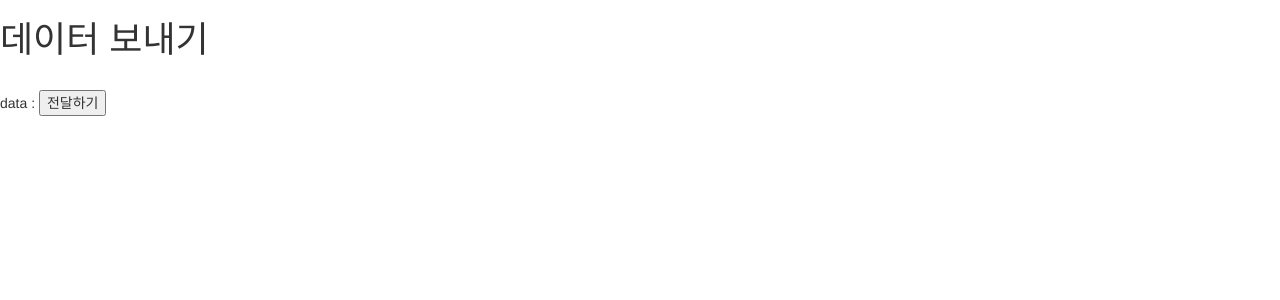
Repository: Hwang-97/HhwDesktop
Page: http://localhost/jspTest/ex03.jsp
These files come from the project's save history. The page is drawn as it stood at one moment and after the next save; the edit follows.
The browser window is 1280 px wide. The pictures show the whole page.
The page is served by Tomcat 9.

Above is the page before, as saved 2022-01-06 03:22:08.

### server/jspTest/src/main/webapp/ex03.jsp
<%@ page language="java" contentType="text/html; charset=UTF-8"
    pageEncoding="UTF-8"%>
<%
	String data = request.getParameter("data");
%>
<!DOCTYPE html>
<html>
<head>
<meta charset="UTF-8">
<title>Insert title here</title>
</head>
<%@include file="/inc/asset.jsp" %>
<body>

<h1>데이터 보내기</h1>

<form method="POST" action="/jsp/ex03ok.jsp">
	<br>
	data : <input type="submit" value="전달하기" name="data">
</form>

</body>
</html>

### server/jspTest/src/main/webapp/inc/asset.jsp
<%@ page language="java" contentType="text/html; charset=UTF-8"
    pageEncoding="UTF-8"%>

<link rel="stylesheet" href="/jsp/asset/css/bootstrap.css">

<script src="/jsp/asset/js/jquery-1.12.4.js"></script>
<script src="/jsp/asset/js/bootstrap.js"></script>

Loaded but not shown: server/jspTest/src/main/webapp/asset/css/bootstrap.css (library); server/jspTest/src/main/webapp/asset/js/jquery-1.12.4.js (library); server/jspTest/src/main/webapp/asset/js/bootstrap.js (library)

After the next save:
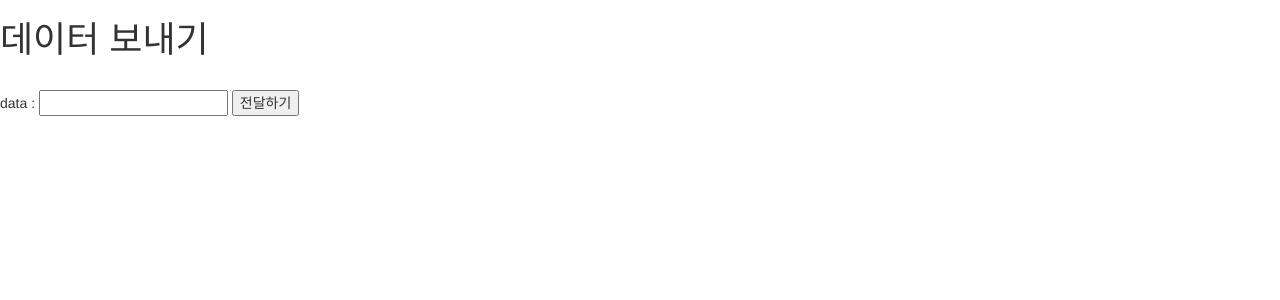
Saved 62 s later.
--- a/server/jspTest/src/main/webapp/ex03.jsp
+++ b/server/jspTest/src/main/webapp/ex03.jsp
@@ -16,7 +16,8 @@
 
 <form method="POST" action="/jsp/ex03ok.jsp">
 	<br>
-	data : <input type="submit" value="전달하기" name="data">
+	data : <input type="text"name="data">
+	<input type="submit" value="전달하기" >
 </form>
 
 </body>
